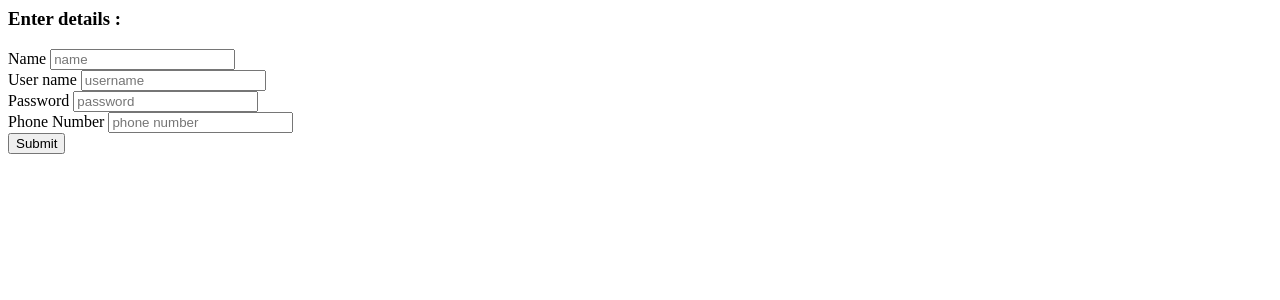
Repository: ApoorvaMishra4/Bootcamp
Page: http://localhost/Login/Registration.jsp
An editor plug-in stored every save of this project. The page is shown before and after the next save, followed by the edit.
The browser window is 1280 px wide. The pictures show the whole page.
The page is served by Tomcat 9.

Above is the page before, as saved 2018-08-09 03:58:24.

After the next save:
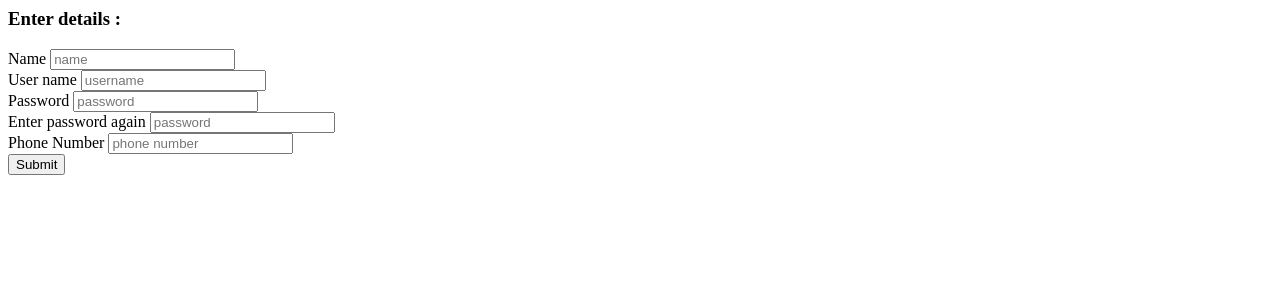
Saved 5 min 59 s later.
--- a/Login/src/main/webapp/Registration.jsp
+++ b/Login/src/main/webapp/Registration.jsp
@@ -15,6 +15,9 @@
 <label for="password">Password</label>
 <input type="password" name="password"  placeholder="password">
 <br>
+<label for="reEnterPassword">Enter password again</label>
+<input type="password" name="password"  placeholder="password">
+<br>
 <label for="phoneNumber">Phone Number</label>
 <input type="text" name="phoneNumber"  placeholder="phone number">
 <br>
